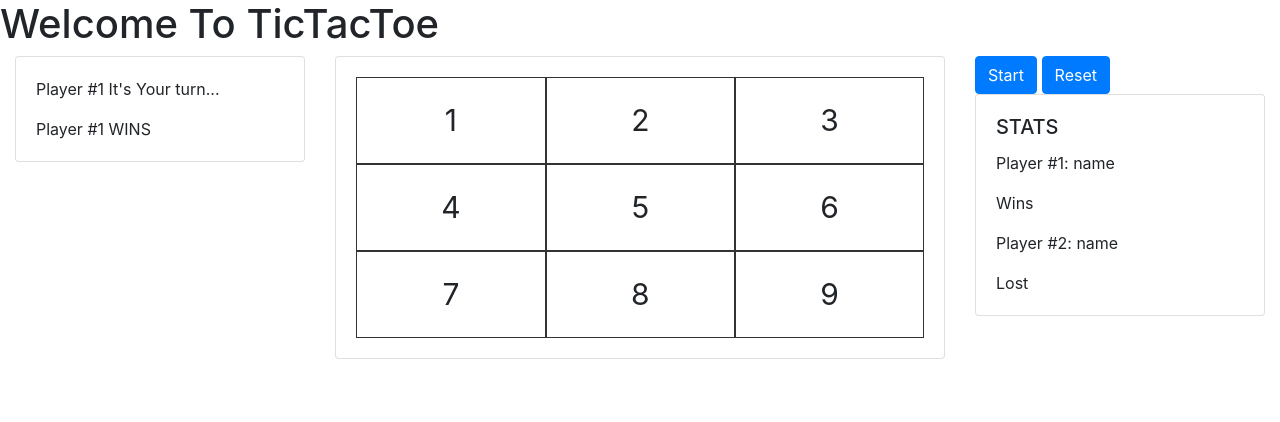
Repository: rOluochKe/JS-TicTacToe
Page: index.html
An editor plug-in stored every save of this project. The page is shown before and after the next save, followed by the edit.
The browser window is 1280 px wide. The pictures show the whole page.
Some web libraries are served in a nearby version.

Above is the page before, as saved 2020-05-27 00:37:05.
Not found: css/reset.css

### index.html
<!DOCTYPE html>
<html lang="en">
  <head>
    <meta charset="UTF-8" />
    <meta name="viewport" content="width=device-width, initial-scale=1.0" />
    <link rel="stylesheet" href="https://use.fontawesome.com/releases/v5.0.7/css/all.css">
    <link rel="stylesheet" href="./css/styles.css" />
    <link rel="stylesheet" href="./css/reset.css" />
    <link
      rel="stylesheet"
      href="https://stackpath.bootstrapcdn.com/bootstrap/4.3.1/css/bootstrap.min.css"
    />
    <title>TicTacToe JavaScript Game</title>
  </head>
  <body>
    <main class="container-fluid">
      <!-- Header -->
      <div class="row">
        <h1>Welcome To TicTacToe</h1>
      </div>
      <!-- Body Content -->
      <div class="row">
        <div class="col-md-3">
          <div class="card">
            <div class="card-body">
              <p class="card-text">Player #1 It's Your turn...</p>
              <p class="card-text">Player #1 WINS</p>
            </div>
          </div>
        </div>

        <div class="col-md-6">
          <div class="card">
            <div class="card-body tic-grid">
                <div class="cell">1</div>
                <div class="cell">2</div>
                <div class="cell">3</div>
                <div class="cell">4</div>
                <div class="cell">5</div>
                <div class="cell">6</div>
                <div class="cell">7</div>
                <div class="cell">8</div>
                <div class="cell">9</div>
            </div>
          </div>
        </div>

        <div class="col-md-3">
          <button class="btn btn-primary">Start </button>
          <button class="btn btn-primary">Reset </button>

          <div class="card">
            <div class="card-body">
              <h5 class="card-title">STATS</h5>
              <p class="card-text">Player #1: name</p>
              <p class="card-text">Wins</p>

              <p class="card-text">Player #2: name</p>
              <p class="card-text">Lost</p>
            </div>
          </div>
        </div>
      </div>
    </main>
  </body>
  <script src="https://code.jquery.com/jquery-3.3.1.slim.min.js"></script>
  <script src="https://cdnjs.cloudflare.com/ajax/libs/popper.js/1.14.7/umd/popper.min.js"></script>
  <script src="https://stackpath.bootstrapcdn.com/bootstrap/4.3.1/js/bootstrap.min.js"></script>
</html>

### css/styles.css
.tic-grid {
  display: grid;
  grid-template-columns: auto auto auto;
  padding: 10px
}

.cell {
  background-color: rgba(255, 255, 255, 0.8);
  border: 1px solid rgba(0, 0, 0, 0.8);
  padding: 20px;
  font-size: 30px;
  text-align: center;
}

After the next save:
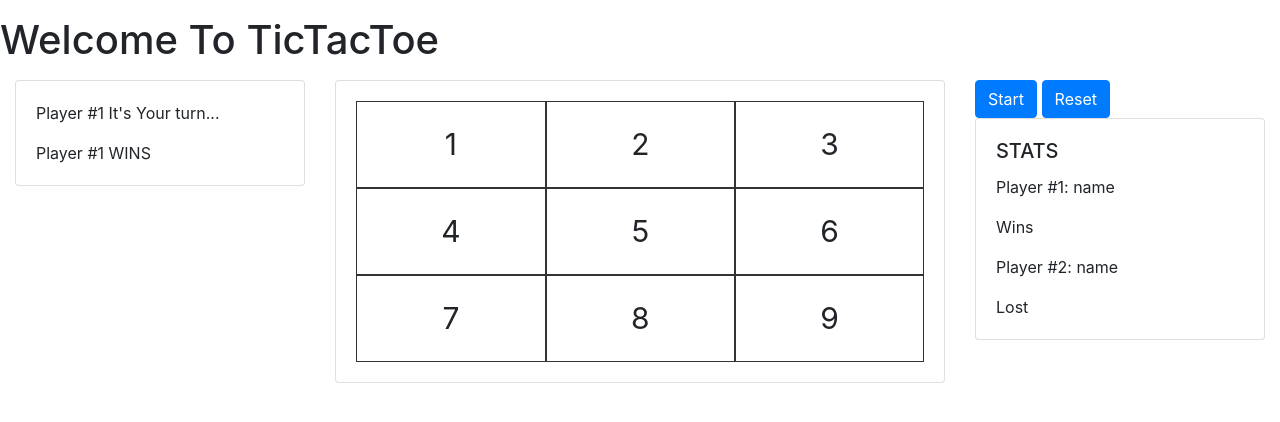
Saved 50 s later.
--- a/index.html
+++ b/index.html
@@ -16,7 +16,7 @@
     <main class="container-fluid">
       <!-- Header -->
       <div class="row">
-        <h1>Welcome To TicTacToe</h1>
+        <h1 class="text-center mt-3 mb-3">Welcome To TicTacToe</h1>
       </div>
       <!-- Body Content -->
       <div class="row">
